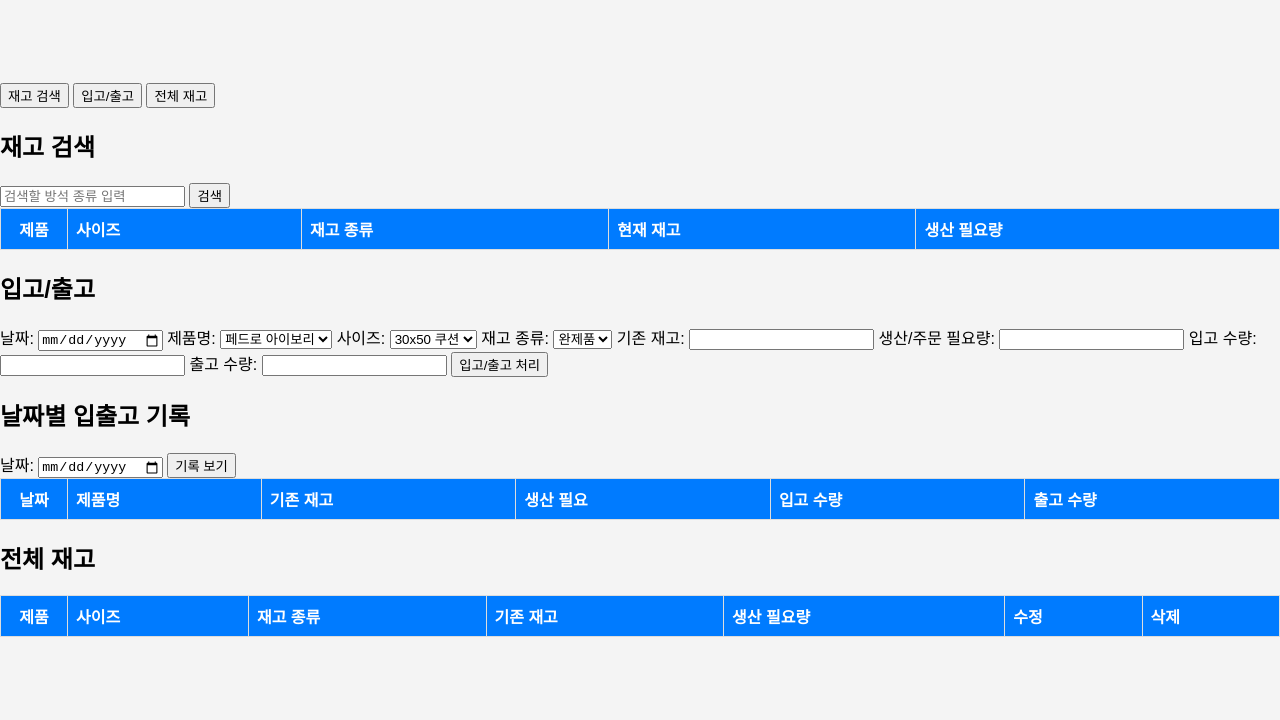
Repository: bluefoginthecup/inventory
Page: public/index.html
An editor plug-in stored every save of this project. The page is shown before and after the next save, followed by the edit.
The browser window is 1280 px wide. The pictures show the whole page.

Above is the page before, as saved 2025-01-05 16:15:24.
Console error: TypeError: Cannot read properties of null (reading 'addEventListener')

### public/index.html
<!DOCTYPE html>
<html lang="en">
<head>
    <meta charset="UTF-8">
    <meta name="viewport" content="width=device-width, initial-scale=1.0">
    <title>재고 관리 시스템</title>
    <link rel="stylesheet" href="styles.css">
</head>
<body>
    <div class="main-container">
        <!-- 탭 메뉴 -->
        <div class="tab-container">
            <button class="tab-button active" id="searchTab">재고 검색</button>
            <button class="tab-button" id="movementTab">입고/출고</button>
            <button class="tab-button" id="allStockTab">전체 재고</button>
        </div>

        <!-- 섹션 1: 재고 검색 -->
        <section id="searchSection" class="section active">
            <h2>재고 검색</h2>
            <input type="text" id="searchInput" placeholder="검색할 방석 종류 입력">
            <button id="searchBtn">검색</button>
            <table id="searchResults">
                <thead>
                    <tr>
                        <th>제품</th>
                        <th>사이즈</th>
                        <th>재고 종류</th>
                        <th>현재 재고</th>
                        <th>생산 필요량</th>
                    </tr>
                </thead>
                <tbody>
                    <!-- 검색 결과 테이블 -->
                </tbody>
            </table>
        </section>

        <!-- 섹션 2: 입고/출고 처리 -->
        <section id="movementSection" class="section">
            <h2>입고/출고</h2>
            <form id="stockForm">
                <label for="stockDate">날짜:</label>
                <input type="date" id="stockDate" name="stockDate" required>

                <label for="product">제품명:</label>
                <select id="product" name="product" required>
                    <option value="pedro_ivory">페드로 아이보리</option>
                    <option value="pedro_gray">페드로 그레이</option>
                    <option value="pedro_blue">페드로 블루</option>
                    <!-- 추가 제품 옵션 -->
                </select>

                <label for="size">사이즈:</label>
                <select id="size" name="size" required>
                    <option value="30x50_cushion">30x50 쿠션</option>
                    <option value="40_cushion">40 쿠션</option>
                    <!-- 추가 사이즈 옵션 -->
                </select>

                <label for="type">재고 종류:</label>
                <select id="type" name="type" required>
                    <option value="finished">완제품</option>
                    <option value="embroidery">자수물</option>
                    <option value="cutting">재단물</option>
                    <!-- 추가 재고 종류 옵션 -->
                </select>


                <label for="stockAmount">기존 재고:</label>
                <input type="number" id="stockAmount" name="stockAmount" required>

                <label for="neededAmount">생산/주문 필요량:</label>
                <input type="number" id="neededAmount" name="neededAmount" required>

                <label for="incomingAmount">입고 수량:</label>
                <input type="number" id="incomingAmount" name="incomingAmount" required>

                <label for="outgoingAmount">출고 수량:</label>
                <input type="number" id="outgoingAmount" name="outgoingAmount" required>

                <button type="button" id="submitButton">입고/출고 처리</button>
            </form>
        </section>


        <!-- 섹션 4: 날짜별 입출고 기록 -->
        <section id="dailyLogsSection" class="section">
            <h2>날짜별 입출고 기록</h2>
            <form id="dailyLogsForm">
                <label for="logDate">날짜:</label>
                <input type="date" id="logDate" name="logDate" required>

                <button type="button" id="viewLogsButton">기록 보기</button>
            </form>

            <table id="dailyLogsTable">
                <thead>
                    <tr>
                        <th>날짜</th>
                        <th>제품명</th>
                        <th>기존 재고</th>
                        <th>생산 필요</th>
                        <th>입고 수량</th>
                        <th>출고 수량</th>
                    </tr>
                </thead>
                <tbody>
                    <!-- 날짜별 기록 데이터 -->
                </tbody>
            </table>
        </section>



        <!-- 섹션 3: 전체 재고 -->
        <section id="allStockSection" class="section">
            <h2>전체 재고</h2>
            <table id="allStockTable">
                <thead>
                    <tr>
                        <th>제품</th>
                        <th>사이즈</th>
                        <th>재고 종류</th>
                        <th>기존 재고</th>
                        <th>생산 필요량</th>
                        <th>수정</th>
                        <th>삭제</th>
                    </tr>
                </thead>
                <tbody>
                    <!-- 전체 재고 테이블 -->
                </tbody>
            </table>
        </section>
    </div>

    <script src="bundle.js"></script>
</body>
</html>

### styles.css
body {
    font-family: Arial, sans-serif;
    display: flex;
    justify-content: center;
    align-items: center;
    height: 100vh;
    margin: 0;
    background-color: #f4f4f4;
    flex-direction: column;
}
.form-container {
    background: #fff;
    padding: 20px;
    border-radius: 8px;
    box-shadow: 0 4px 6px rgba(0, 0, 0, 0.1);
    width: 300px;
    text-align: center;
    margin-bottom: 20px;
}
.form-container h2 {
    margin-bottom: 20px;
}
.form-container input {
    width: 100%;
    padding: 10px;
    margin: 10px 0;
    border: 1px solid #ccc;
    border-radius: 4px;
    box-sizing: border-box;
}
.form-container button {
    background-color: #007BFF;
    color: #fff;
    border: none;
    padding: 10px 20px;
    border-radius: 4px;
    cursor: pointer;
}
.form-container button:hover {
    background-color: #0056b3;
}
.table-container {
    width: 80%;
    max-width: 600px;
    background: #fff;
    padding: 20px;
    border-radius: 8px;
    box-shadow: 0 4px 6px rgba(0, 0, 0, 0.1);
}
table {
    width: 100%;
    border-collapse: collapse;
}
table th, table td {
    border: 1px solid #ddd;
    padding: 8px;
    text-align: left;
}
table th {
    background-color: #007BFF;
    color: white;
}

table th:first-child,
table td:first-child {
    width: 50px;
    text-align: center;
}

Loaded but not shown: dist/bundle.js (library)

After the next save:
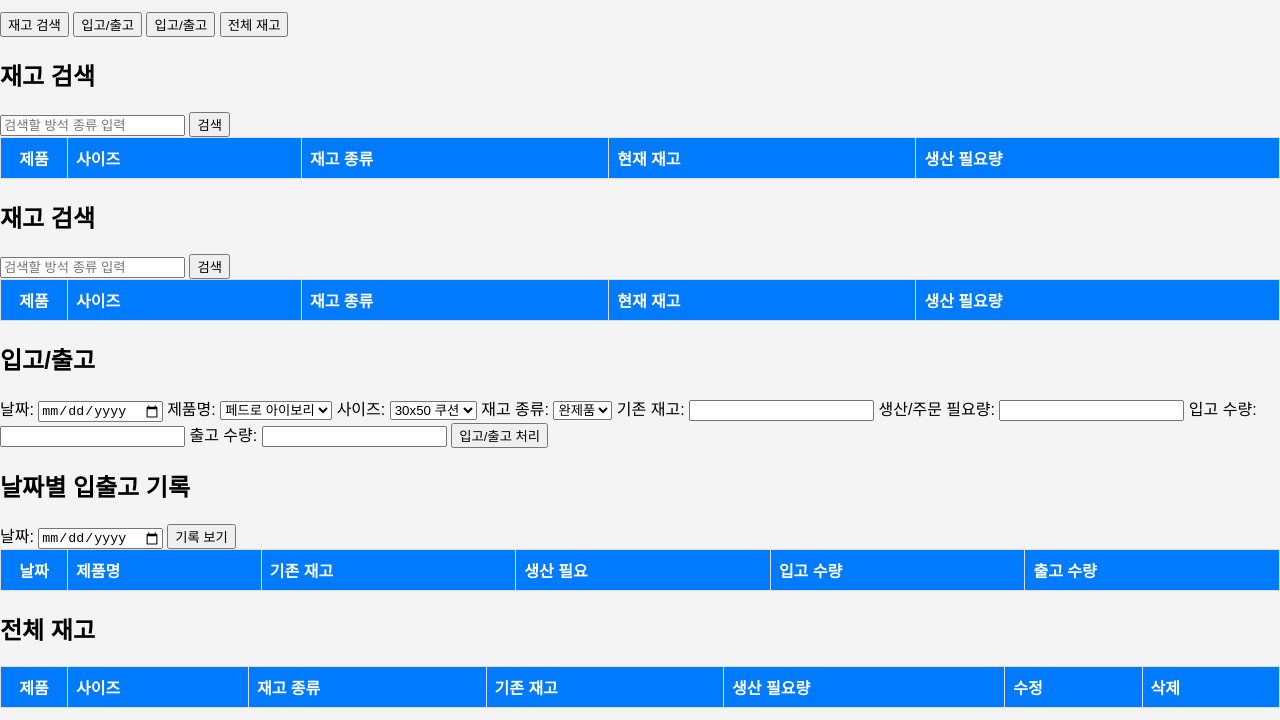
Saved 101 s later.
--- a/public/index.html
+++ b/public/index.html
@@ -12,10 +12,30 @@
         <div class="tab-container">
             <button class="tab-button active" id="searchTab">재고 검색</button>
             <button class="tab-button" id="movementTab">입고/출고</button>
+            <button class="tab-button" id="movementTab">입고/출고</button>
             <button class="tab-button" id="allStockTab">전체 재고</button>
         </div>
 
         <!-- 섹션 1: 재고 검색 -->
+        <section id="searchSection" class="section active">
+            <h2>재고 검색</h2>
+            <input type="text" id="searchInput" placeholder="검색할 방석 종류 입력">
+            <button id="searchBtn">검색</button>
+            <table id="searchResults">
+                <thead>
+                    <tr>
+                        <th>제품</th>
+                        <th>사이즈</th>
+                        <th>재고 종류</th>
+                        <th>현재 재고</th>
+                        <th>생산 필요량</th>
+                    </tr>
+                </thead>
+                <tbody>
+                    <!-- 검색 결과 테이블 -->
+                </tbody>
+            </table>
+        </section>
         <section id="searchSection" class="section active">
             <h2>재고 검색</h2>
             <input type="text" id="searchInput" placeholder="검색할 방석 종류 입력">

After the save that followed:
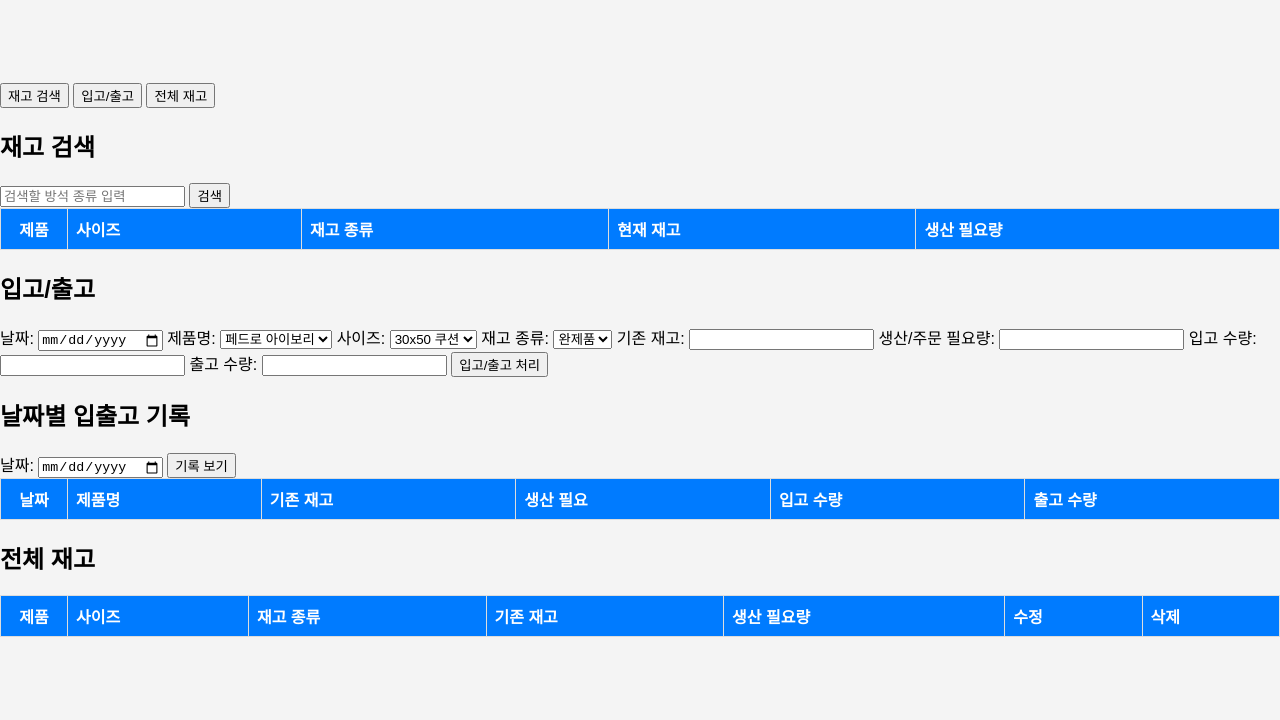
Saved 8 min 55 s later.
--- a/public/index.html
+++ b/public/index.html
@@ -11,7 +11,6 @@
         <!-- 탭 메뉴 -->
         <div class="tab-container">
             <button class="tab-button active" id="searchTab">재고 검색</button>
-            <button class="tab-button" id="movementTab">입고/출고</button>
             <button class="tab-button" id="movementTab">입고/출고</button>
             <button class="tab-button" id="allStockTab">전체 재고</button>
         </div>
@@ -36,25 +35,7 @@
                 </tbody>
             </table>
         </section>
-        <section id="searchSection" class="section active">
-            <h2>재고 검색</h2>
-            <input type="text" id="searchInput" placeholder="검색할 방석 종류 입력">
-            <button id="searchBtn">검색</button>
-            <table id="searchResults">
-                <thead>
-                    <tr>
-                        <th>제품</th>
-                        <th>사이즈</th>
-                        <th>재고 종류</th>
-                        <th>현재 재고</th>
-                        <th>생산 필요량</th>
-                    </tr>
-                </thead>
-                <tbody>
-                    <!-- 검색 결과 테이블 -->
-                </tbody>
-            </table>
-        </section>
+
 
         <!-- 섹션 2: 입고/출고 처리 -->
         <section id="movementSection" class="section">
